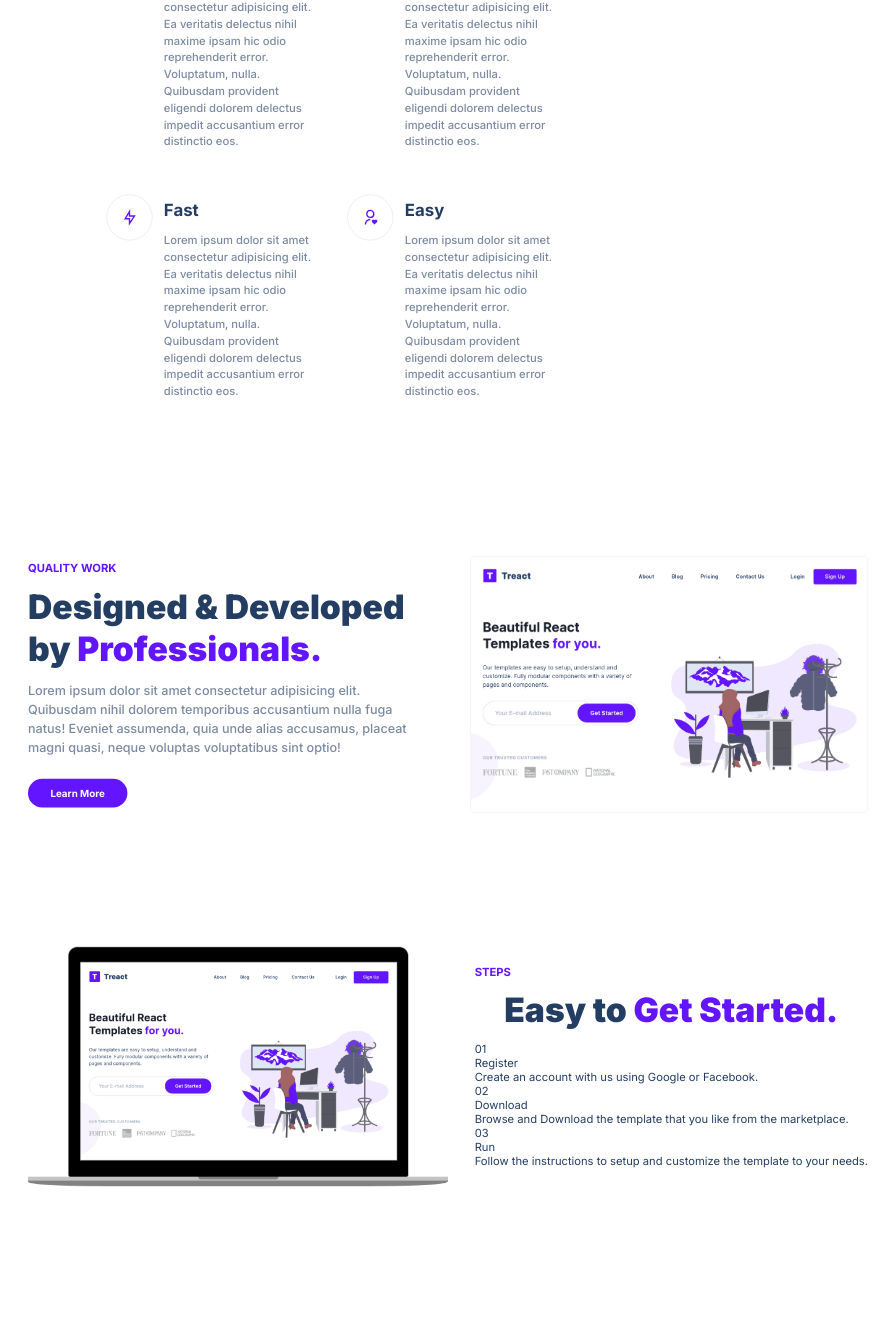
Repository: avivanguyen/m2_fianlProject
Page: index.html
These files come from the project's save history. The page is drawn as it stood at one moment and after a run of saves; the edit follows.
The browser window is 1280 px wide. The pictures show the part of the page from y = 1541 to 3461 px (the page is 3428 px tall before and 3461 px after), at 70% of full size.
Some web libraries are served in a nearby version.

Above is the page before, as saved 2025-12-09 02:27:06.

After the next 4 saves:
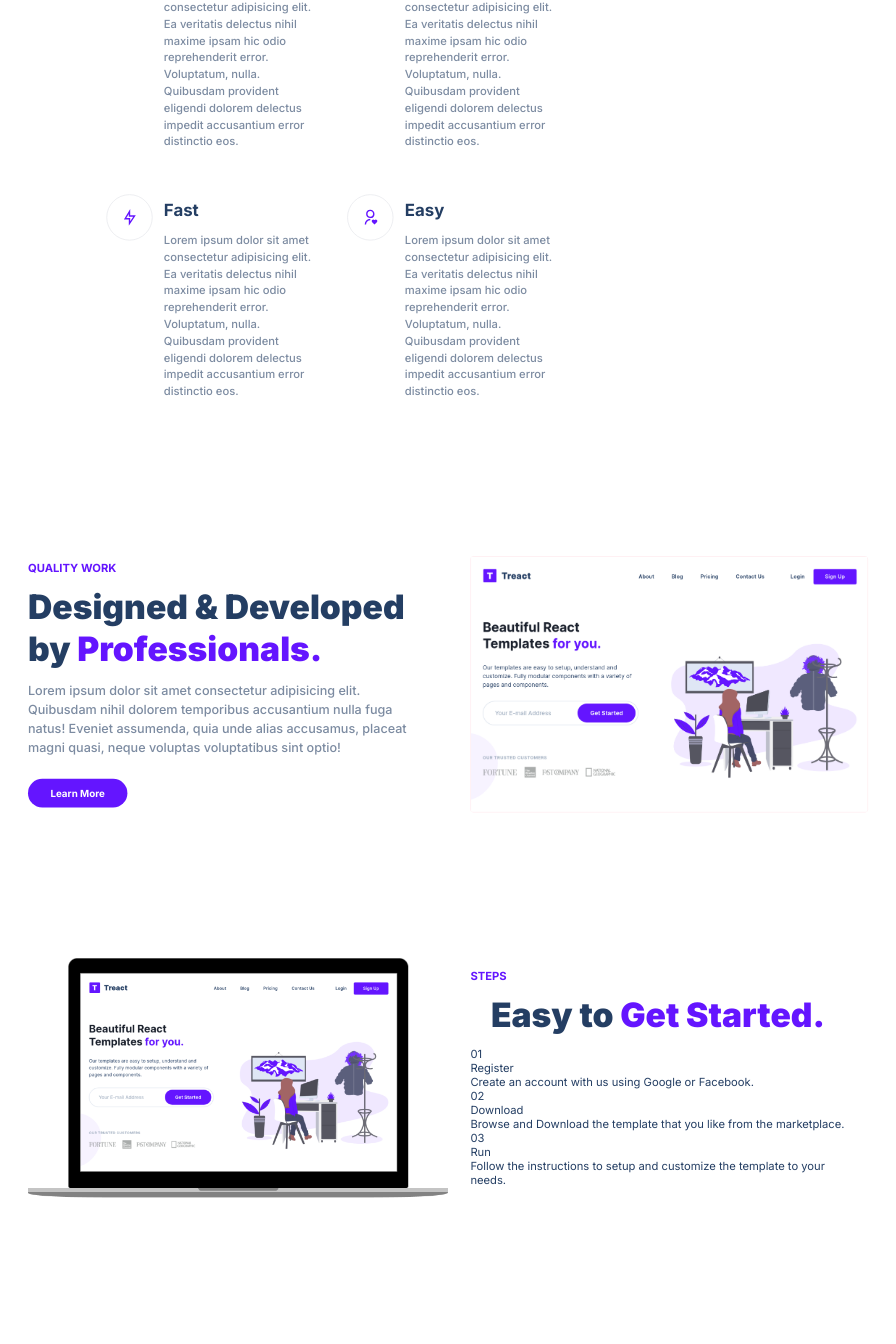
The 4 saves are shown as one change because they came seconds apart.
The last was saved 9 s later.
--- a/styles.css
+++ b/styles.css
@@ -354,5 +354,6 @@ Steps styling
 }
 
 .steps__description {
-    width: ;
-}
+    width: 50%;
+    padding: 32px;
+}
